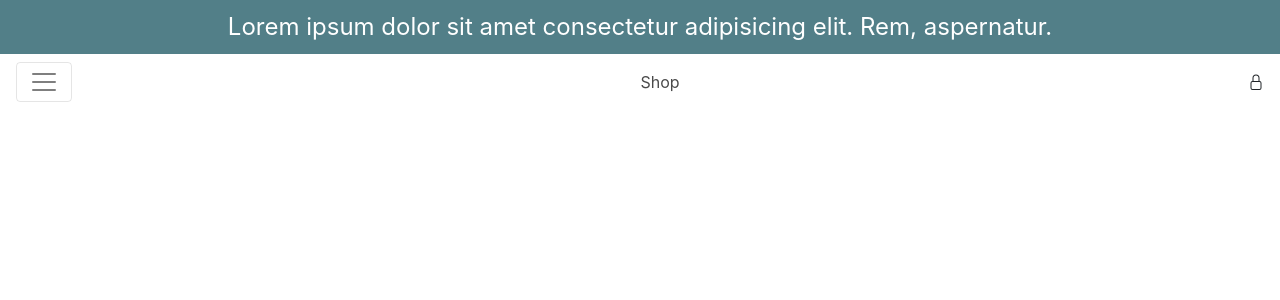
Repository: DaNiels89/frontendassignmentbogbootcamp
Page: index.html
The author's editor kept a copy of each file at every save. The page is drawn from the files as they stood at one save, then again after the next save.
The browser window is 1280 px wide. The pictures show the whole page.

Above is the page before, as saved 2020-03-19 17:09:33.

After the next save:
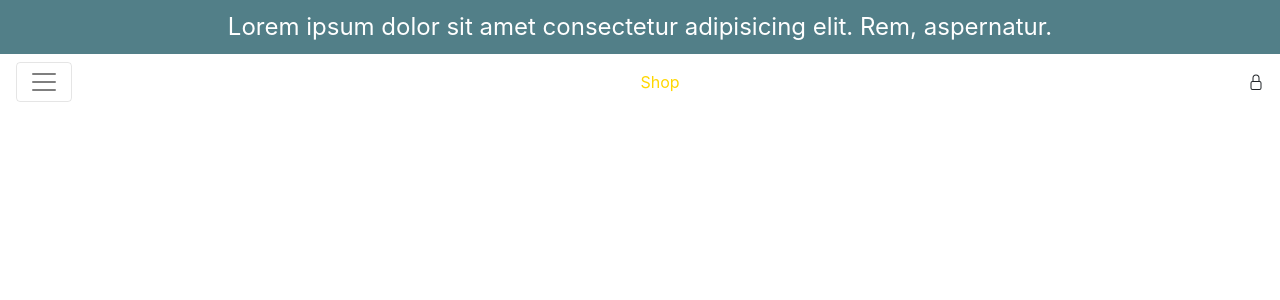
Saved 85 s later.
--- a/css/styles.css
+++ b/css/styles.css
@@ -14,14 +14,6 @@
   padding: 9px;
 }
 
-.bg-light {
-  background-color: white;
+.navbar-div {
+  color: gold;
 }
-
-.nav-toggler-icon {
-  color: #4a4a4a;
-}
-
-.navbar-div {
-  color: #4a4a4a;
-}
